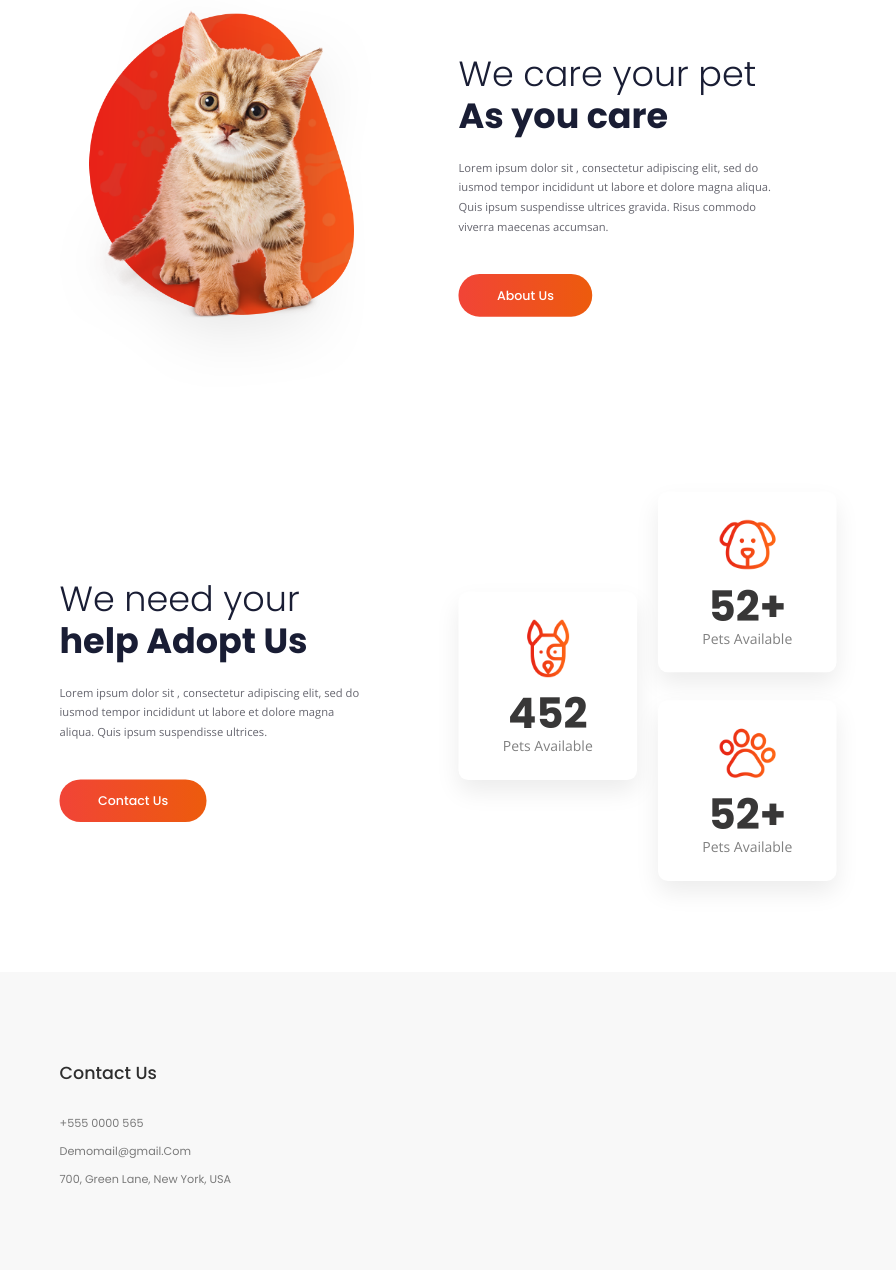
Repository: ssezmar/php...
Page: http://localhost/lab2/index.php
The author's editor kept a copy of each file at every save. The page is drawn from the files as they stood at one save, then again after the next save.
The browser window is 1280 px wide. The pictures show the part of the page from y = 1919 to 3839 px (the page is 3733 px tall before and 3839 px after), at 70% of full size.
The page is run by PHP 8.4 with error messages shown; the project is at /var/www/html/. Other server files are loaded and not shown.

Above is the page before, as saved 2025-09-17 12:34:01.
Console error: TypeError: $(...).find(...).ajaxChimp is not a function

### public_html/lab2/index.php
<?php
$pageTitle = "Главная - Animal";
include "includes/header.php";

// Подключаем Topmenu только на index.php и contact.php
if (basename($_SERVER['PHP_SELF']) === 'index.php' || basename($_SERVER['PHP_SELF']) === 'contact.php') {
    include "includes/topmenu.php";
}

// Подключаем главное меню
include "includes/menu.php";
?>

<!-- slider_area_start -->
<div class="slider_area">
    <div class="single_slider slider_bg_1 d-flex align-items-center" style="background-color: orange;">
        <div class="container">
            <div class="row">
                <div class="col-lg-5 col-md-6">
                    <div class="slider_text">
                        <h3>We Care <br> <span>Your Pets</span></h3>
                        <p>Lorem ipsum dolor sit amet, consectetur <br> adipiscing elit, sed do eiusmod.</p>
                        <a href="contact.php" class="boxed-btn4">Contact Us</a>
                    </div>
                </div>
            </div>
        </div>
        <div class="dog_thumb d-none d-lg-block">
            <img src="img/ban/dog.png" alt="">
        </div>
    </div>
</div>
<!-- slider_area_end -->

<!-- service_area_start  -->
<div class="service_area">
    <div class="container">
        <div class="row justify-content-center ">
            <div class="col-lg-7 col-md-10">
                <div class="section_title text-center mb-95">
                    <h3>Services for every dog</h3>
                    <p>Lorem ipsum dolor sit amet, consectetur adipiscing elit, sed do eiusmod tempor incididunt ut labore et dolore magna.</p>
                </div>
            </div>
        </div>
        <div class="row justify-content-center">
            <div class="col-lg-4 col-md-6">
                <div class="single_service">
                     <div class="service_thumb service_icon_bg_1 d-flex align-items-center justify-content-center">
                         <div class="service_icon">
                             <img src="img/service/service_icon_1.png" alt="">
                         </div>
                     </div>
                     <div class="service_content text-center">
                        <h3>Pet Boarding</h3>
                        <p>Lorem ipsum dolor sit amet, consectetur adipiscing elit, sed do eiusmod tempor incididunt ut</p>
                     </div>
                </div>
            </div>
            <div class="col-lg-4 col-md-6">
                <div class="single_service active">
                     <div class="service_thumb service_icon_bg_1 d-flex align-items-center justify-content-center">
                         <div class="service_icon">
                             <img src="img/service/service_icon_2.png" alt="">
                         </div>
                     </div>
                     <div class="service_content text-center">
                        <h3>Healthy Meals</h3>
                        <p>Lorem ipsum dolor sit amet, consectetur adipiscing elit, sed do eiusmod tempor incididunt ut</p>
                     </div>
                </div>
            </div>
            <div class="col-lg-4 col-md-6">
                <div class="single_service">
                     <div class="service_thumb service_icon_bg_1 d-flex align-items-center justify-content-center">
                         <div class="service_icon">
                             <img src="img/service/service_icon_3.png" alt="">
                         </div>
                     </div>
                     <div class="service_content text-center">
                        <h3>Pet Spa</h3>
                        <p>Lorem ipsum dolor sit amet, consectetur adipiscing elit, sed do eiusmod tempor incididunt ut</p>
                     </div>
                </div>
            </div>
        </div>
    </div>
</div>
<!-- service_area_end -->

<!-- pet_care_area_start  -->
<div class="pet_care_area">
    <div class="container">
        <div class="row align-items-center">
            <div class="col-lg-5 col-md-6">
                <div class="pet_thumb">
                    <img src="img/about/pet_care.png" alt="">
                </div>
            </div>
            <div class="col-lg-6 offset-lg-1 col-md-6">
                <div class="pet_info">
                    <div class="section_title">
                        <h3><span>We care your pet </span> <br>
                            As you care</h3>
                        <p>Lorem ipsum dolor sit , consectetur adipiscing elit, sed do <br> iusmod tempor incididunt ut labore et dolore magna aliqua. <br> Quis ipsum suspendisse ultrices gravida. Risus commodo <br>
                            viverra maecenas accumsan.</p>
                        <a href="about.php" class="boxed-btn3">About Us</a>
                    </div>
                </div>
            </div>
        </div>
    </div>
</div>
<!-- pet_care_area_end  -->

<!-- adapt_area_start  -->
<div class="adapt_area">
    <div class="container">
        <div class="row justify-content-between align-items-center">
            <div class="col-lg-5">
                <div class="adapt_help">
                    <div class="section_title">
                        <h3><span>We need your</span>
                            help Adopt Us</h3>
                        <p>Lorem ipsum dolor sit , consectetur adipiscing elit, sed do iusmod tempor incididunt ut labore et dolore magna aliqua. Quis ipsum suspendisse ultrices.</p>
                        <a href="contact.php" class="boxed-btn3">Contact Us</a>
                    </div>
                </div>
            </div>
            <div class="col-lg-6">
                <div class="adapt_about">
                    <div class="row align-items-center">
                        <div class="col-lg-6 col-md-6">
                            <div class="single_adapt text-center">
                                <img src="img/adapt_icon/1.png" alt="">
                                <div class="adapt_content">
                                    <h3 class="counter">452</h3>
                                    <p>Pets Available</p>
                                </div>
                            </div>
                        </div>
                        <div class="col-lg-6 col-md-6">
                            <div class="single_adapt text-center">
                                <img src="img/adapt_icon/3.png" alt="">
                                <div class="adapt_content">
                                    <h3><span class="counter">52</span>+</h3>
                                    <p>Pets Available</p>
                                </div>
                            </div>
                            <div class="single_adapt text-center">
                                <img src="img/adapt_icon/2.png" alt="">
                                <div class="adapt_content">
                                    <h3><span class="counter">52</span>+</h3>
                                    <p>Pets Available</p>
                                </div>
                            </div>
                        </div>
                    </div>
                </div>
            </div>
        </div>
    </div>
</div>
<!-- adapt_area_end  -->

<?php include "includes/footer.php"; ?>

### public_html/lab2/includes/header.php
<!doctype html>
<html class="no-js" lang="zxx">

<head>
    <meta charset="utf-8">
    <meta http-equiv="x-ua-compatible" content="ie=edge">
    <title><?= $pageTitle ?? 'Animal'; ?></title>
    <meta name="description" content="">
    <meta name="viewport" content="width=device-width, initial-scale=1">
    <link rel="shortcut icon" type="image/x-icon" href="img/favicon.png">
    <link rel="stylesheet" href="css/bootstrap.min.css">
    <link rel="stylesheet" href="css/owl.carousel.min.css">
    <link rel="stylesheet" href="css/magnific-popup.css">
    <link rel="stylesheet" href="css/font-awesome.min.css">
    <link rel="stylesheet" href="css/themify-icons.css">
    <link rel="stylesheet" href="css/nice-select.css">
    <link rel="stylesheet" href="css/flaticon.css">
    <link rel="stylesheet" href="css/gijgo.css">
    <link rel="stylesheet" href="css/animate.css">
    <link rel="stylesheet" href="css/slicknav.css">
    <link rel="stylesheet" href="css/style.css">
</head>

<body>
<header>
    <div class="header-area ">

### public_html/lab2/includes/topmenu.php
<div class="header-top_area">
    <div class="container">
        <div class="row">
            <div class="col-lg-6 col-md-8">
                <div class="short_contact_list">
                    <ul>
                        <li><a href="#">+880 4664 216</a></li>
                        <li><a href="#">Mon - Sat 10:00 - 7:00</a></li>
                    </ul>
                </div>
            </div>
            <div class="col-lg-6 col-md-4 ">
                <div class="social_media_links">
                    <a href="#"><i class="fa fa-facebook"></i></a>
                    <a href="#"><i class="fa fa-pinterest-p"></i></a>
                    <a href="#"><i class="fa fa-google-plus"></i></a>
                    <a href="#"><i class="fa fa-linkedin"></i></a>
                </div>
            </div>
        </div>
    </div>
</div>

### public_html/lab2/includes/menu.php
<?php
$menu = [
    ["link" => "home", "href" => "index.php"],
    ["link" => "about", "href" => "about.php"],
    ["link" => "services", "href" => "services.php"],
    ["link" => "contact", "href" => "contact.php"],
    ["link" => "pagination", "href" => "pagination.php"] // доп. задание
];
?>
<div id="sticky-header" class="main-header-area">
    <div class="container">
        <div class="row align-items-center">
            <div class="col-xl-3 col-lg-3">
                <div class="logo">
                    <a href="index.php">
                        <img src="img/logo.png" alt="">
                    </a>
                </div>
            </div>
            <div class="col-xl-9 col-lg-9">
                <div class="main-menu  d-none d-lg-block">
                    <nav>
                        <ul id="navigation">
                            <?php foreach ($menu as $item): ?>
                                <li><a href="<?= $item['href'] ?>"><?= $item['link'] ?></a></li>
                            <?php endforeach; ?>
                        </ul>
                    </nav>
                </div>
            </div>
            <div class="col-12">
                <div class="mobile_menu d-block d-lg-none"></div>
            </div>
        </div>
    </div>
</div>
</div> <!-- .header-area -->
</header>

### public_html/lab2/includes/footer.php
<footer class="footer">
    <div class="footer_top">
        <div class="container">
            <div class="row">
                <!-- полный код footer из index.html -->
                <div class="col-xl-3 col-md-6 col-lg-3">
                    <div class="footer_widget">
                        <h3 class="footer_title">Contact Us</h3>
                        <ul class="address_line">
                            <li>+555 0000 565</li>
                            <li><a href="#">Demomail@gmail.Com</a></li>
                            <li>700, Green Lane, New York, USA</li>
                        </ul>
                    </div>
                </div>
                <!-- другие колонки footer -->
            </div>
        </div>
    </div>
</footer>

<script src="js/vendor/jquery-1.12.4.min.js"></script>
<script src="js/bootstrap.min.js"></script>
<script src="js/owl.carousel.min.js"></script>
<script src="js/main.js"></script>
</body>
</html>

Loaded but not shown: public_html/lab2/css/bootstrap.min.css (library); public_html/lab2/css/owl.carousel.min.css (common file); public_html/lab2/css/magnific-popup.css (library); public_html/lab2/css/font-awesome.min.css (library); public_html/lab2/css/themify-icons.css (common file); public_html/lab2/css/nice-select.css (common file); public_html/lab2/css/flaticon.css (common file); public_html/lab2/css/animate.css (library); public_html/lab2/css/slicknav.css (common file); public_html/lab2/css/style.css (library); public_html/lab2/js/bootstrap.min.js (library); public_html/lab2/js/owl.carousel.min.js (library); public_html/lab2/js/main.js (368 lines, source omitted); public_html/lab2/css/gijgo.css (2704 lines, source omitted)

After the next save:
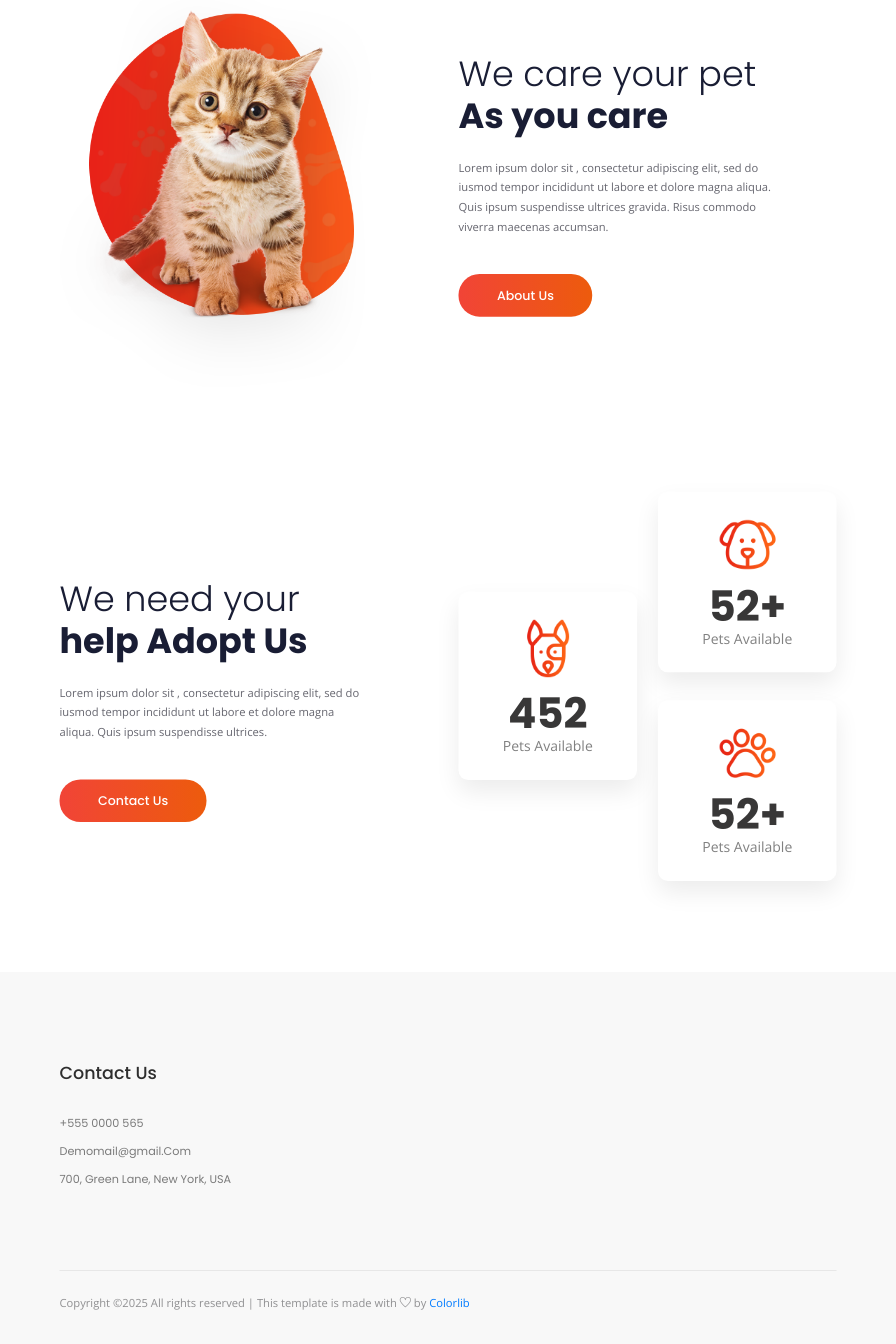
Saved 56 s later.
--- a/public_html/lab2/includes/footer.php
+++ b/public_html/lab2/includes/footer.php
@@ -17,6 +17,20 @@
             </div>
         </div>
     </div>
+    <div class="copy-right_text">
+            <div class="container">
+                <div class="bordered_1px"></div>
+                <div class="row">
+                    <div class="col-xl-12">
+                        <p class="copy_right text-center">
+                            <p><!-- Link back to Colorlib can't be removed. Template is licensed under CC BY 3.0. -->
+  Copyright &copy;<script>document.write(new Date().getFullYear());</script> All rights reserved | This template is made with <i class="ti-heart" aria-hidden="true"></i> by <a href="https://colorlib.com" target="_blank">Colorlib</a>
+  <!-- Link back to Colorlib can't be removed. Template is licensed under CC BY 3.0. --></p>
+                        </p>
+                    </div>
+                </div>
+            </div>
+        </div>
 </footer>
 
 <script src="js/vendor/jquery-1.12.4.min.js"></script>
